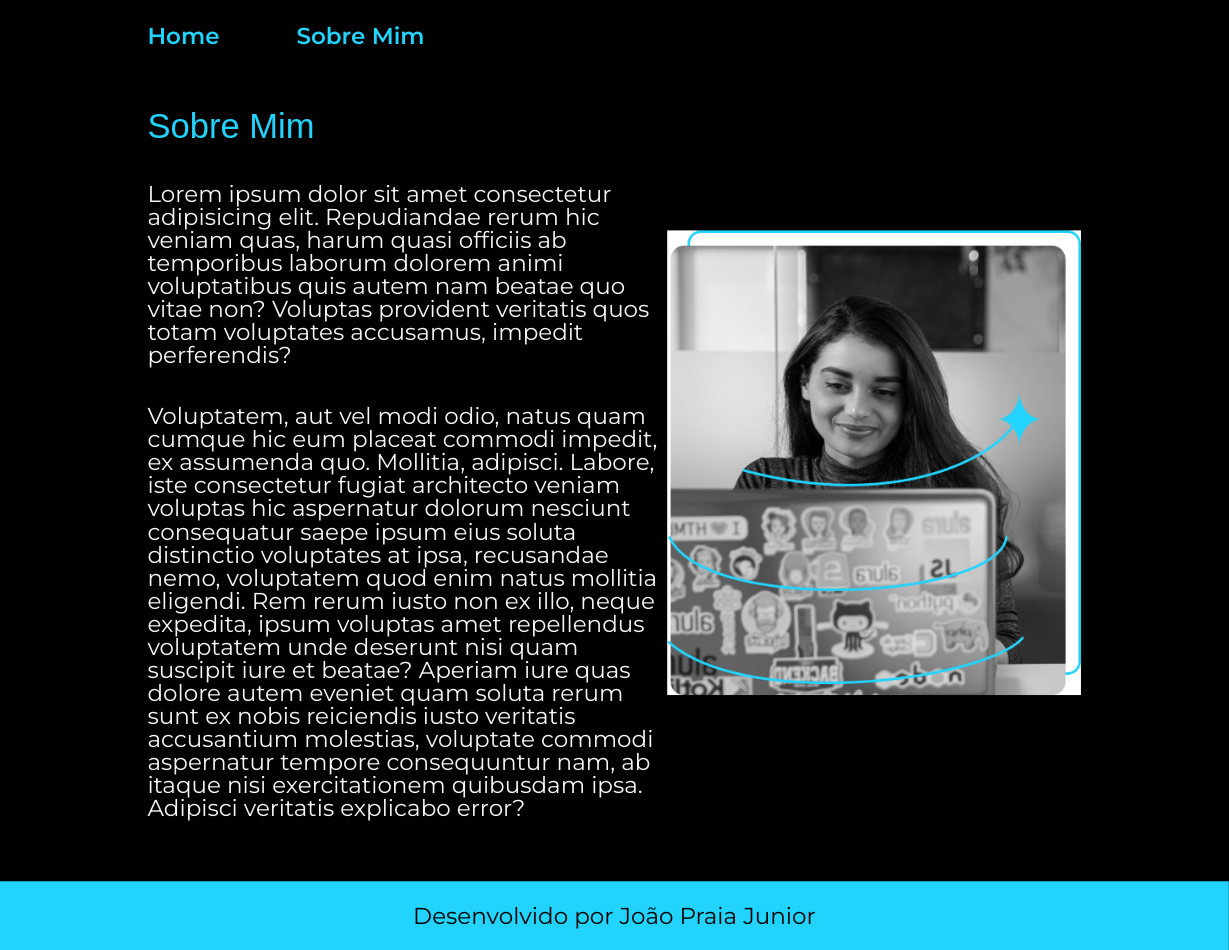
Repository: joaoPraiaJunior/html-basico
Page: about.html
An editor plug-in stored every save of this project. The page is shown before and after the next save, followed by the edit.
The browser window is 1280 px wide. The pictures show the whole page, at 96% of full size.
Some web fonts or font styles are not loaded; a fallback is used. Some web libraries are served in a nearby version.

Above is the page before, as saved 2024-06-06 21:50:00.

### about.html
<!DOCTYPE html>
<html lang="pt-BR" dir="ltr">
  <head>
    <meta charset="UTF-8" />
    <meta http-equiv="X-UA-Compatible" content="IE=edge" />
    <meta name="viewport" content="width=device-width, initial-scale=1.0" />
    <title>Sobre Mim</title>
    <link rel="stylesheet" href="css/reset.css" />
    <link rel="stylesheet" href="css/style.css" />
  </head>
  <body>
    <header class="cabecalho">
      <nav class="cabecalho__menu">
        <a class="cabecalho__link" href="index.html">Home</a>
        <a class="cabecalho__link" href="about.html">Sobre Mim</a>
      </nav>
    </header>

    <main class="apresentacao">
      <section class="apresentacao__conteudo">
        <h1 class="apresentacao__titulo">Sobre Mim</h1>
        <p class="apresentacao__texto">
          Lorem ipsum dolor sit amet consectetur adipisicing elit. Repudiandae
          rerum hic veniam quas, harum quasi officiis ab temporibus laborum
          dolorem animi voluptatibus quis autem nam beatae quo vitae non?
          Voluptas provident veritatis quos totam voluptates accusamus, impedit
          perferendis?
        </p>
        <p class="apresentacao__texto">
          Voluptatem, aut vel modi odio, natus quam cumque hic eum placeat
          commodi impedit, ex assumenda quo. Mollitia, adipisci. Labore, iste
          consectetur fugiat architecto veniam voluptas hic aspernatur dolorum
          nesciunt consequatur saepe ipsum eius soluta distinctio voluptates at
          ipsa, recusandae nemo, voluptatem quod enim natus mollitia eligendi.
          Rem rerum iusto non ex illo, neque expedita, ipsum voluptas amet
          repellendus voluptatem unde deserunt nisi quam suscipit iure et
          beatae? Aperiam iure quas dolore autem eveniet quam soluta rerum sunt
          ex nobis reiciendis iusto veritatis accusantium molestias, voluptate
          commodi aspernatur tempore consequuntur nam, ab itaque nisi
          exercitationem quibusdam ipsa. Adipisci veritatis explicabo error?
        </p>
      </section>
      <section class="apresentacao__imagem">
        <img src="images/Imagem.jpg" alt="foto da joana santos programando!" />
      </section>
    </main>

    <footer class="rodape"><p>Desenvolvido por João Praia Junior</p></footer>
  </body>
  <script
    src="https://kit.fontawesome.com/c4ee7a6e8c.js"
    crossorigin="anonymous"
  ></script>
</html>

### css/reset.css
/* http://meyerweb.com/eric/tools/css/reset/
   v2.0 | 20110126
   License: none (public domain)
*/

* {
    box-sizing: border-box;
}

html, body, div, span, applet, object, iframe,
h1, h2, h3, h4, h5, h6, p, blockquote, pre,
a, abbr, acronym, address, big, cite, code,
del, dfn, em, img, ins, kbd, q, s, samp,
small, strike, strong, sub, sup, tt, var,
b, u, i, center,
dl, dt, dd, ol, ul, li,
fieldset, form, label, legend,
table, caption, tbody, tfoot, thead, tr, th, td,
article, aside, canvas, details, embed,
figure, figcaption, footer, header, hgroup,
menu, nav, output, ruby, section, summary,
time, mark, audio, video {
	margin: 0;
	padding: 0;
	border: 0;
	font: inherit;
	vertical-align: baseline;
}
/* HTML5 display-role reset for older browsers */
article, aside, details, figcaption, figure,
footer, header, hgroup, menu, nav, section {
	display: block;
}
body {
	line-height: 1;
}
ol, ul {
	list-style: none;
}
blockquote, q {
	quotes: none;
}
blockquote:before, blockquote:after,
q:before, q:after {
	content: '';
	content: none;
}
table {
	border-collapse: collapse;
	border-spacing: 0;
}

### css/style.css
@import url('https://fonts.googleapis.com/css2?family=Krona+One&family=Montserrat:wght@400;600&display=swap');

:root {
  --cor-primaria: #000;
  --cor-secundaria: #f6f6f6;
  --cor-terciaria: #22d4fd;
}
html {
  font-size: 62.5%;
}

body {
  color: var(--cor-secundaria);
  background-color: var(--cor-primaria);
  font-size: 1.6rem;
}

.cabecalho {
  padding: 2% 0 0 12%;
}

.cabecalho__menu {
  display: flex;
  column-gap: 80px;
}

.cabecalho__link {
  font-family: 'Montserrat', sans-serif;
  font-size: 2.4rem;
  font-weight: 600;
  text-decoration: none;
  color:#22d4fd;
}

.apresentacao {
  padding: 5% 12%;
  display: flex;
  justify-content: space-between;
  align-items: center;
}

.apresentacao__conteudo {
  display:flex;
  flex-direction: column;
  width: 615px;
  gap: 40px;
}

.apresentacao__titulo {
  color: #22d4fd;
  font-family: 'Krona One', sans-serif;
  font-size: 3.6rem;
}

.apresentacao__subtitulo{
  font-family: 'Krona One', sans-serif;
  font-size: 2.4rem;
  font-weight: 400;
}

.apresentacao__texto {
  font-family: 'Montserrat', sans-serif;
  font-size: 2.4rem;
}

.apresentacao__links {
  display: flex;
  flex-direction: column;
  justify-content: space-between;
  align-items: center;
  row-gap: 32px;
}

.apresentacao__link {
  display:flex;
  justify-content: center;
  column-gap: 8px;
  color: #000;
  background-color: #22d4fd;
  font-family: 'Montserrat', sans-serif;
  font-size: 2.4rem;
  font-weight: 600;
  padding: 21.5px 0;
  width: 378px;
  border-radius: 8px;
  text-align: center;
  text-decoration: none;
}

.apresentacao__link--transparente {
  color: var(--cor-secundaria);
  background-color: transparent;
  border: 2px solid #22d4fd;
  transition: all .5s ease-in-out;
}

.apresentacao__link--transparente:hover {
  background-color: #272727;
}

.apresentacao__link--transparente .fa-brands {
  transition: color .5s ease-in-out;
}

.apresentacao__link--transparente:hover .fa-brands {
  color: #22d4fd;
}

.apresentacao__imagem img {
  max-width: 100%;
}

.rodape {
  font-family: 'Montserrat', sans-serif;
  font-size: 2.4rem;
  font-weight: 400;
  color: #000;
  background-color: #22d4fd;
  padding: 24px;
  text-align: center;
}

After the next save:
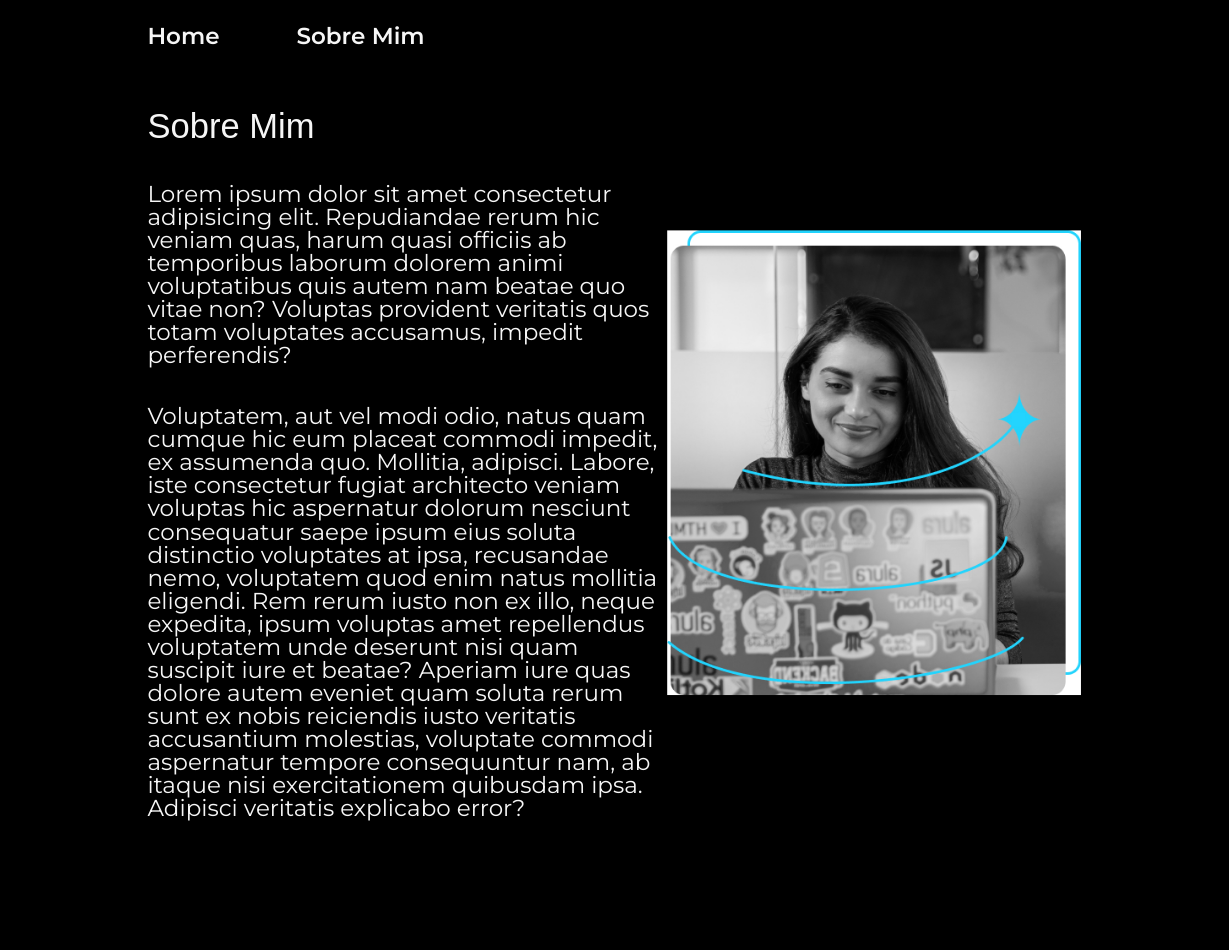
Saved 84 s later.
--- a/css/style.css
+++ b/css/style.css
@@ -3,7 +3,7 @@
 :root {
   --cor-primaria: #000;
   --cor-secundaria: #f6f6f6;
-  --cor-terciaria: #22d4fd;
+  --cor-terciaria: var(--cor-terciaria);
 }
 html {
   font-size: 62.5%;
@@ -29,7 +29,7 @@
   font-size: 2.4rem;
   font-weight: 600;
   text-decoration: none;
-  color:#22d4fd;
+  color:var(--cor-terciaria);
 }
 
 .apresentacao {
@@ -47,7 +47,7 @@
 }
 
 .apresentacao__titulo {
-  color: #22d4fd;
+  color: var(--cor-terciaria);
   font-family: 'Krona One', sans-serif;
   font-size: 3.6rem;
 }
@@ -75,8 +75,8 @@
   display:flex;
   justify-content: center;
   column-gap: 8px;
-  color: #000;
-  background-color: #22d4fd;
+  color: var(--cor-primaria);
+  background-color: var(--cor-terciaria);
   font-family: 'Montserrat', sans-serif;
   font-size: 2.4rem;
   font-weight: 600;
@@ -90,7 +90,7 @@
 .apresentacao__link--transparente {
   color: var(--cor-secundaria);
   background-color: transparent;
-  border: 2px solid #22d4fd;
+  border: 2px solid var(--cor-terciaria);
   transition: all .5s ease-in-out;
 }
 
@@ -103,7 +103,7 @@
 }
 
 .apresentacao__link--transparente:hover .fa-brands {
-  color: #22d4fd;
+  color: var(--cor-terciaria);
 }
 
 .apresentacao__imagem img {
@@ -114,8 +114,8 @@
   font-family: 'Montserrat', sans-serif;
   font-size: 2.4rem;
   font-weight: 400;
-  color: #000;
-  background-color: #22d4fd;
+  color: var(--cor-primaria);
+  background-color: var(--cor-terciaria);
   padding: 24px;
   text-align: center;
 }

After the 4 saves that followed:
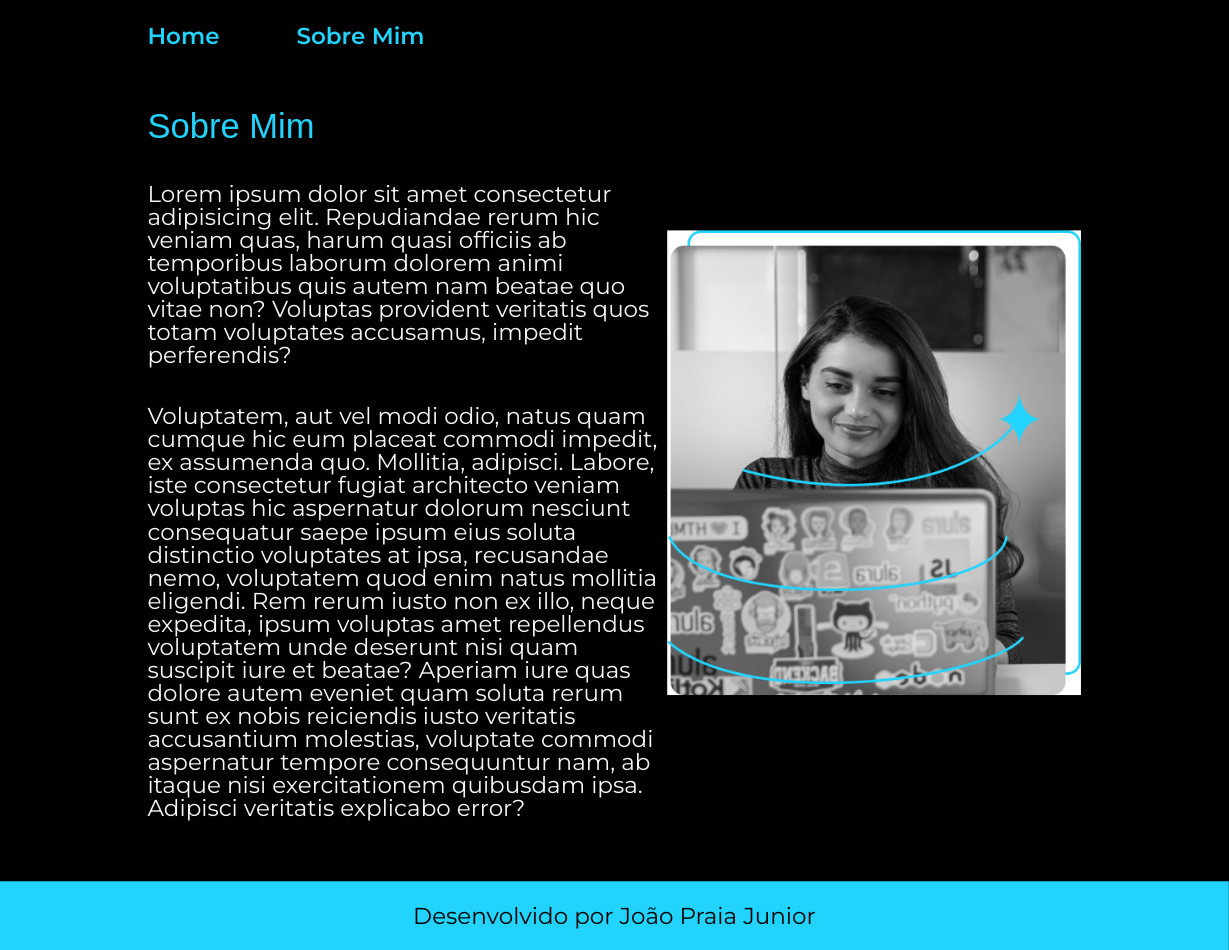
The 4 saves are shown as one change because 3 left the picture as it was.
The last was saved 96 s later.
--- a/css/style.css
+++ b/css/style.css
@@ -3,8 +3,9 @@
 :root {
   --cor-primaria: #000;
   --cor-secundaria: #f6f6f6;
-  --cor-terciaria: var(--cor-terciaria);
+  --cor-terciaria: #22d4fd;
 }
+
 html {
   font-size: 62.5%;
 }
@@ -29,7 +30,7 @@
   font-size: 2.4rem;
   font-weight: 600;
   text-decoration: none;
-  color:var(--cor-terciaria);
+  color: var(--cor-terciaria);
 }
 
 .apresentacao {
